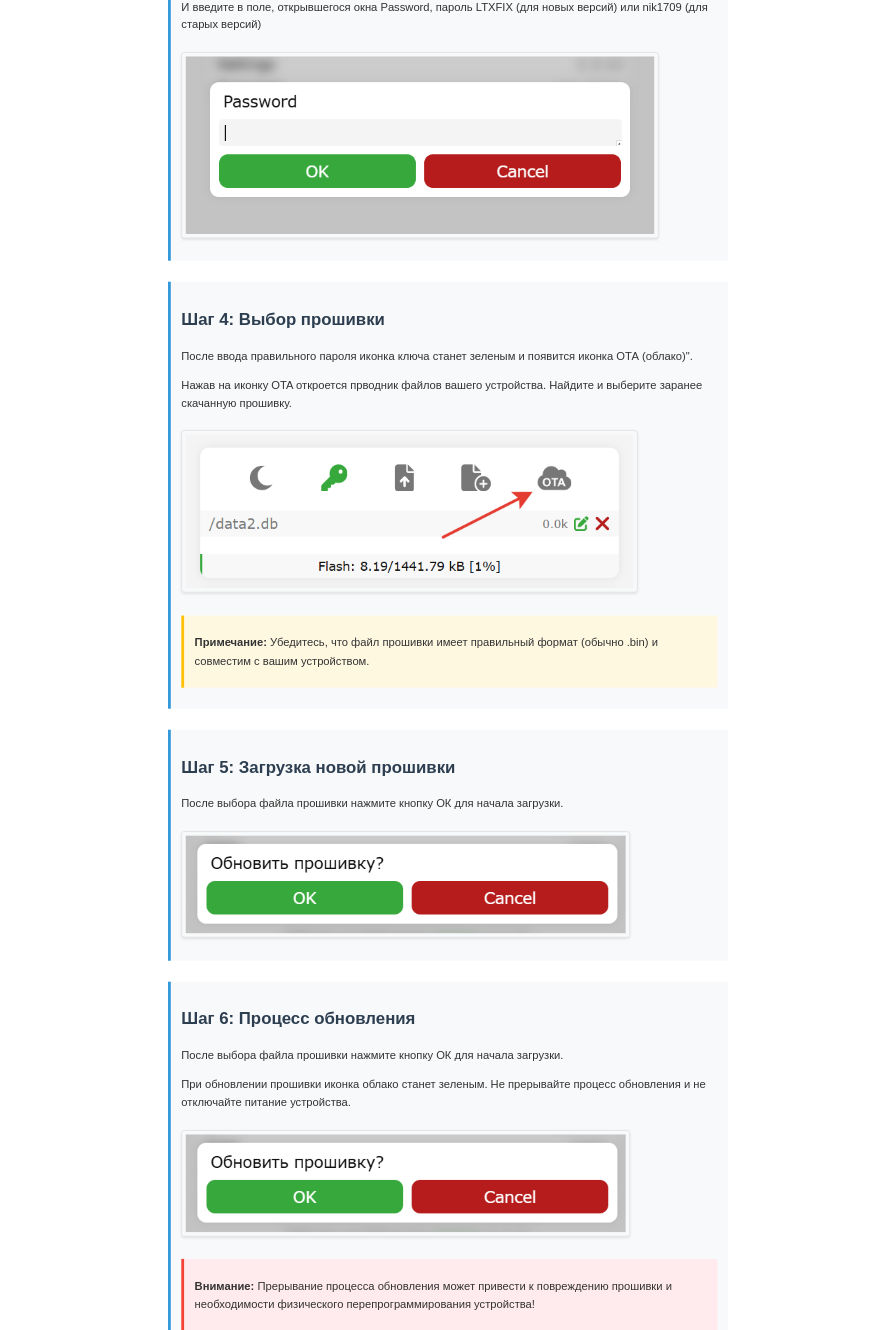
Repository: NikElectronics/ELIXStoFIX
Page: firware.html
The author's editor kept a copy of each file at every save. The page is drawn from the files as they stood at one save, then again after the next save.
The browser window is 1280 px wide. The pictures show the part of the page from y = 1789 to 3689 px (the page is 5369 px tall before and 5327 px after), at 70% of full size.
A picture or video elsewhere on the page could not be fetched, so the positions and the page height are approximate.

Above is the page before, as saved 2025-10-22 09:00:14.

### firware.html
<!DOCTYPE html>
<html lang="ru">

<head>
    <meta charset="UTF-8">
    <meta name="viewport" content="width=device-width, initial-scale=1.0">
    <title>Инструкция по OTA-обновлению</title>
    <style>
        body {
            font-family: Arial, sans-serif;
            line-height: 1.6;
            max-width: 800px;
            margin: 0 auto;
            padding: 20px;
            color: #333;
        }

        h1,
        h2,
        h3 {
            color: #2c3e50;
        }

        .step {
            margin-bottom: 30px;
            padding: 15px;
            border-left: 4px solid #3498db;
            background-color: #f8f9fa;
        }

        .screenshot {
            max-width: 100%;
            border: 1px solid #ddd;
            border-radius: 4px;
            padding: 5px;
            margin: 10px 0;
            box-shadow: 0 2px 4px rgba(0, 0, 0, 0.1);
        }

        .note {
            background-color: #fff8e1;
            border-left: 4px solid #ffc107;
            padding: 10px 15px;
            margin: 15px 0;
        }

        .warning {
            background-color: #ffebee;
            border-left: 4px solid #f44336;
            padding: 10px 15px;
            margin: 15px 0;
        }

        code {
            background-color: #f5f5f5;
            padding: 2px 4px;
            border-radius: 3px;
            font-family: monospace;
        }
    </style>
</head>

<body>
    <h1>Инструкция по загрузке прошивки через OTA</h1>

    <div class="step">
        <h2>Шаг 1: Подключение к устройству</h2>
        <p>Убедитесь, что устройство включено и подключено к Wi-Fi сети. В коде указано, что устройство создает точку
            доступа с именем "Makita" и паролем "12345678".</p>
        <div class="note">
            <p><strong>Примечание:</strong> В коде устройства заданы следующие настройки:</p>
            <ul>
                <li>SSID: <code>Makita</code></li>
                <li>Пароль: <code>12345678</code></li>
                <li>Режим: Точка доступа (AP)</li>
            </ul>
        </div>
        <p>Подключитесь к Wi-Fi сети устройства с любого устройства (компьютера, телефона или планшета)</p>

    </div>

    <div class="step">
        <h2>Шаг 2: Открытие меню</h2>
        <p>Откройте меню нажав на кнопку указанную на рисунке ниже. </p>
        <img src="images/menu.png" alt="Главная страница веб-интерфейса" class="screenshot">
    </div>

    <div class="step">
        <h2>Шаг 3: Ввод пароля администратора.</h2>
        <p>После открытия меню нажмите кнопку ключ указанную на рисунке.</p>
        <img src="images/menu_open.png" alt="Главная страница веб-интерфейса" class="screenshot">
        <p>И введите в поле, открывшегося окна Password, пароль LTXFIX (для новых версий) или nik1709 (для старых
            версий)</p>
        <img src="images/password.png" alt="Главная страница веб-интерфейса" class="screenshot">
    </div>

    <div class="step">
        <h2>Шаг 4: Выбор прошивки</h2>
        <p>После ввода правильного пароля иконка ключа станет зеленым и появится иконка ОТА (облако)".</p>
        <p>Нажав на иконку OTA откроется прводник файлов вашего устройства. Найдите и выберите заранее скачанную
            прошивку.</p>
        <img src="images/pass_good.png" alt="Раздел программатора" class="screenshot">
        <div class="note">
            <p><strong>Примечание:</strong> Убедитесь, что файл прошивки имеет правильный формат (обычно .bin) и
                совместим с вашим устройством.</p>
        </div>
    </div>

    <div class="step">
        <h2>Шаг 5: Загрузка новой прошивки</h2>
        <p>После выбора файла прошивки нажмите кнопку ОК для начала загрузки. </p>
        <img src="images/firmware.png" alt="Интерфейс загрузки прошивки" class="screenshot">

    </div>

    <div class="step">
        <h2>Шаг 6: Процесс обновления</h2>
        <p>После выбора файла прошивки нажмите кнопку ОК для начала загрузки. </p>
        <p>При обновлении прошивки иконка облако станет зеленым. Не прерывайте процесс обновления и не отключайте
            питание устройства.</p>
        <img src="images/firmware.png" alt="Процесс обновления прошивки" class="screenshot">
        <div class="warning">
            <p><strong>Внимание:</strong> Прерывание процесса обновления может привести к повреждению прошивки и
                необходимости физического перепрограммирования устройства!</p>
        </div>
    </div>

    <div class="step">
        <h2>Шаг 7: Завершение обновления</h2>
        <p>После успешной загрузки прошивки устройство обычно перезагружается автоматически. Если этого не произошло, вы
            можете перезагрузить устройство вручную с помощью кнопки "Перезагрузить" в веб-интерфейсе.</p>
        <img src="screenshot5.png" alt="Успешное завершение обновления" class="screenshot">
    </div>

    <div class="step">
        <h2>Шаг 8: Проверка новой версии</h2>
        <p>После перезагрузки снова откройте веб-интерфейс и проверьте, что версия прошивки изменилась на новую. В коде
            устройства версия задана как "ver. 2.0.1".</p>
        <img src="screenshot6.png" alt="Проверка версии прошивки" class="screenshot">
    </div>

    <div class="note">
        <h3>Дополнительная информация</h3>
        <p>В коде устройства реализована система лицензирования через серийный номер. Если после обновления возникают
            проблемы с лицензией, проверьте правильность введенного ключа в разделе программатора.</p>
        <p>Также в коде предусмотрена возможность блокировки прошивки от чтения через UART/JTAG (функция
            FirmwareLock()), которая может быть активирована через веб-интерфейс.</p>
    </div>

    <div class="warning">
        <h3>Важные предупреждения</h3>
        <ul>
            <li>Всегда сохраняйте резервную копию текущей рабочей прошивки перед обновлением</li>
            <li>Убедитесь, что источник прошивки надежный и файл не поврежден</li>
            <li>Не прерывайте процесс обновления</li>
            <li>Убедитесь, что устройство имеет стабильное питание во время обновления</li>
        </ul>
    </div>
</body>

</html>

After the next save:
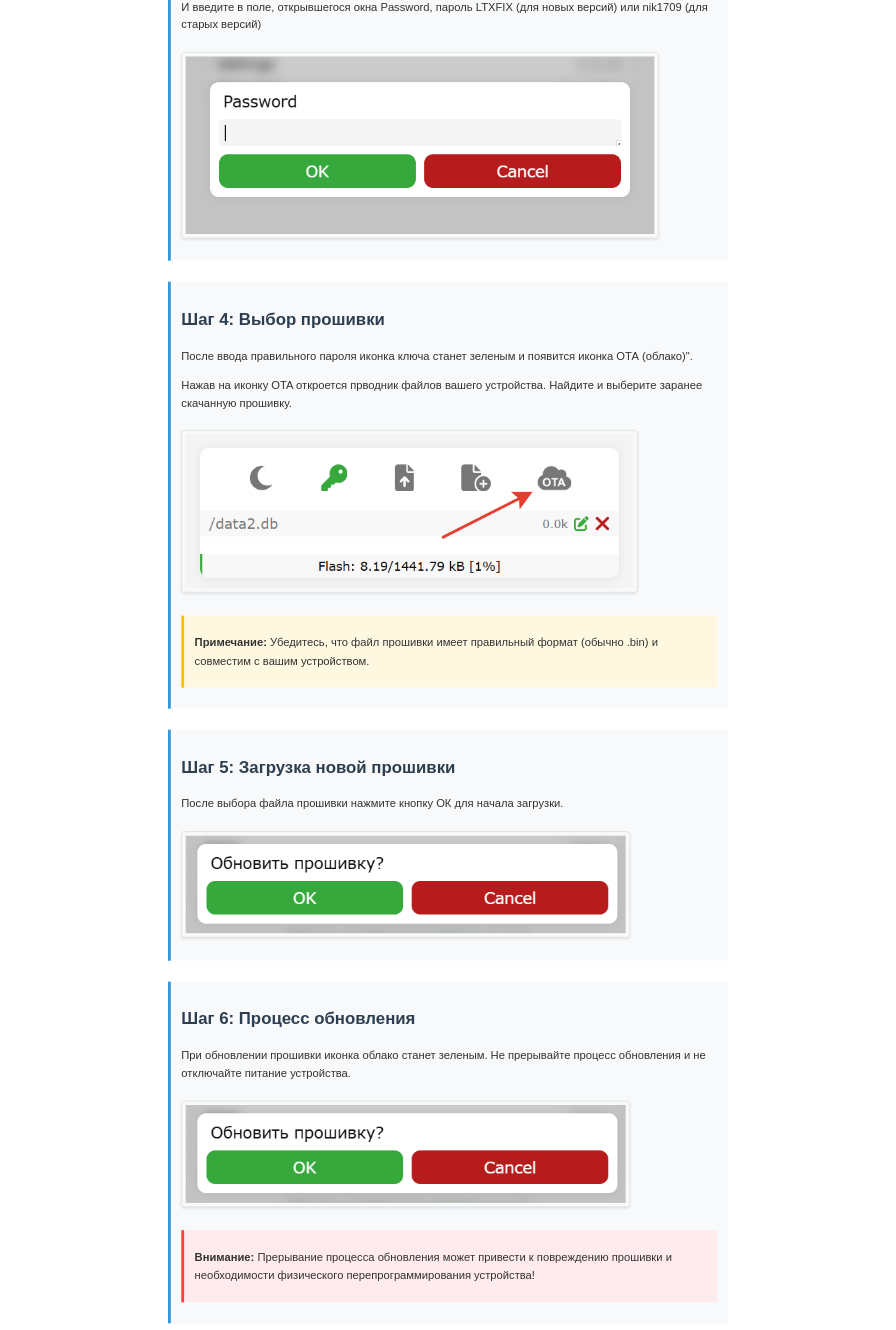
Saved 22 s later.
--- a/firware.html
+++ b/firware.html
@@ -115,7 +115,6 @@
 
     <div class="step">
         <h2>Шаг 6: Процесс обновления</h2>
-        <p>После выбора файла прошивки нажмите кнопку ОК для начала загрузки. </p>
         <p>При обновлении прошивки иконка облако станет зеленым. Не прерывайте процесс обновления и не отключайте
             питание устройства.</p>
         <img src="images/firmware.png" alt="Процесс обновления прошивки" class="screenshot">
